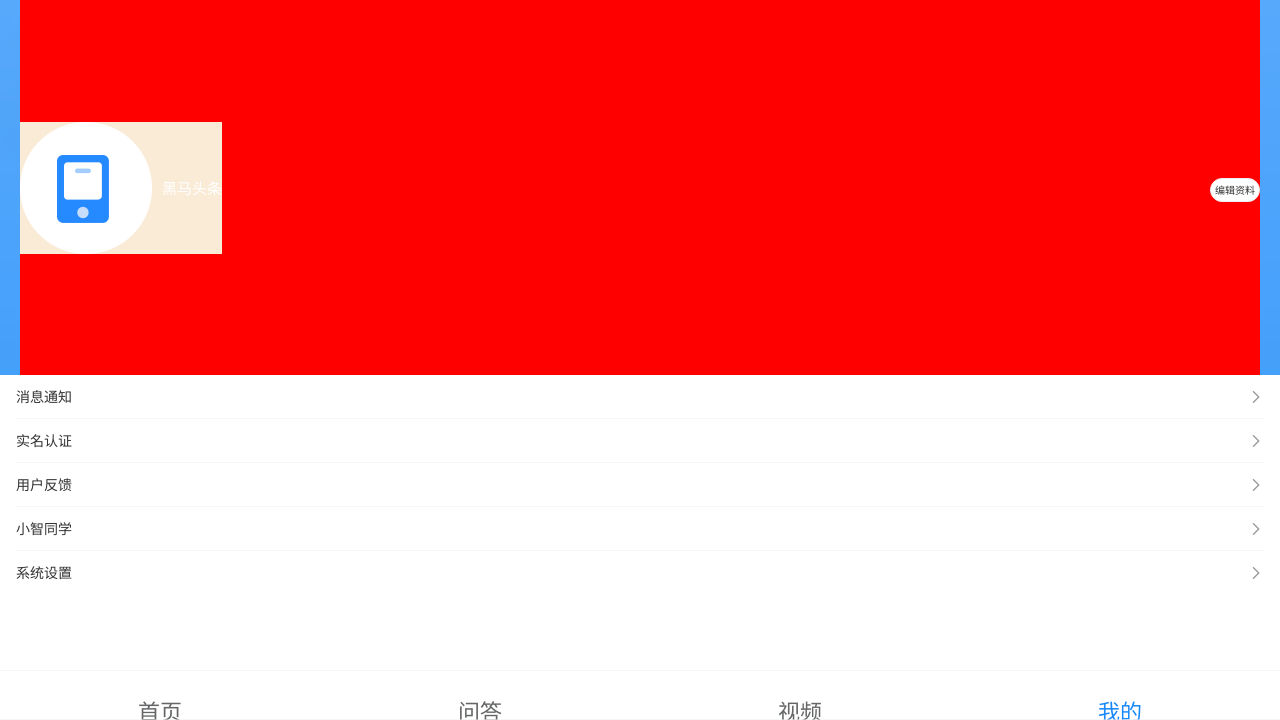
Repository: Tsukiau/yj-toutiao-m
Page: /#/my
An editor plug-in stored every save of this project. The page is shown before and after a run of saves, followed by the edit.
The browser window is 1280 px wide. The pictures show the whole page.
Some web fonts or font styles are not loaded; a fallback is used. The project was rebuilt for these pictures with package versions that can differ from the ones it lists, and the page was loaded fresh each time. Also part of the build but not shown: vue.config.js.

Above is the page before, as saved 2022-11-06 14:55:40.

After the next 2 saves:
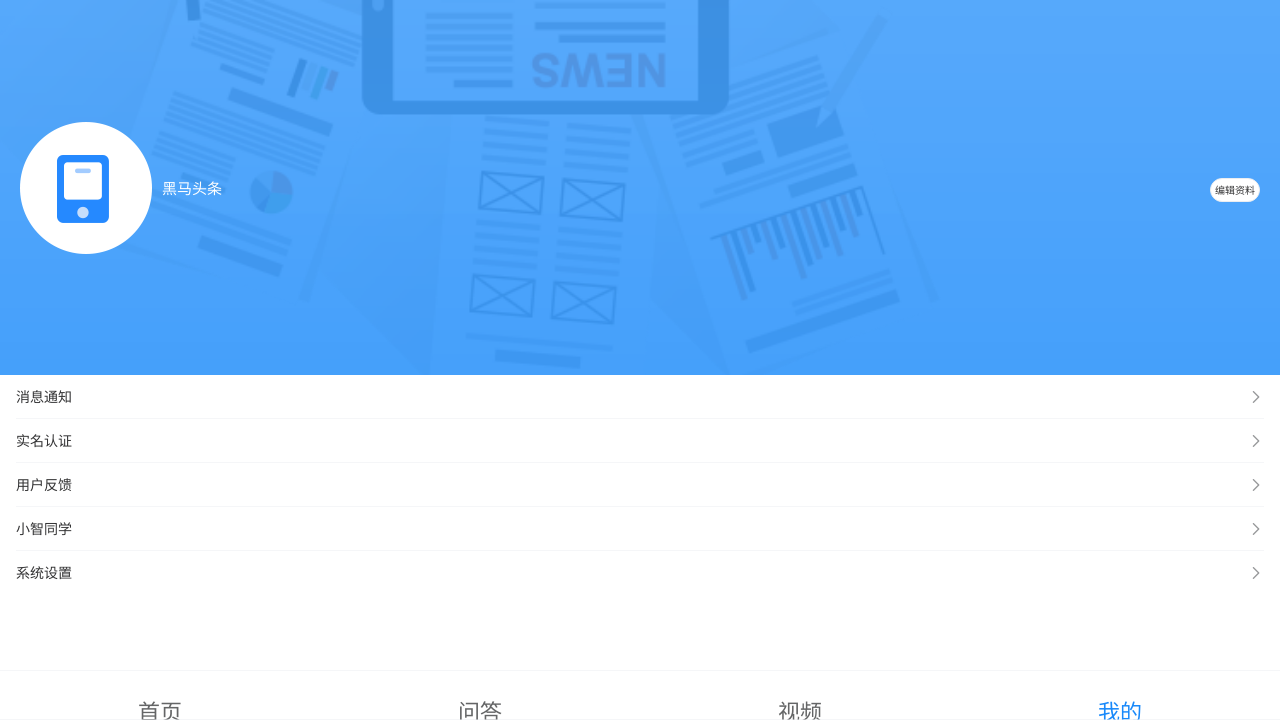
The 2 saves are shown as one change because they came seconds apart.
The last was saved 9 s later.
--- a/src/views/my/index.vue
+++ b/src/views/my/index.vue
@@ -52,7 +52,6 @@ export default {
       justify-content: space-between;
       margin: 0 20px;
       align-items: center;
-      background-color: red;
       height: 100%;
     }
 
@@ -60,7 +59,6 @@ export default {
       display: flex;
       justify-content: center;
       align-items: center;
-      background-color: antiquewhite;
       img {
         width: 132px;
         height: 132px;
